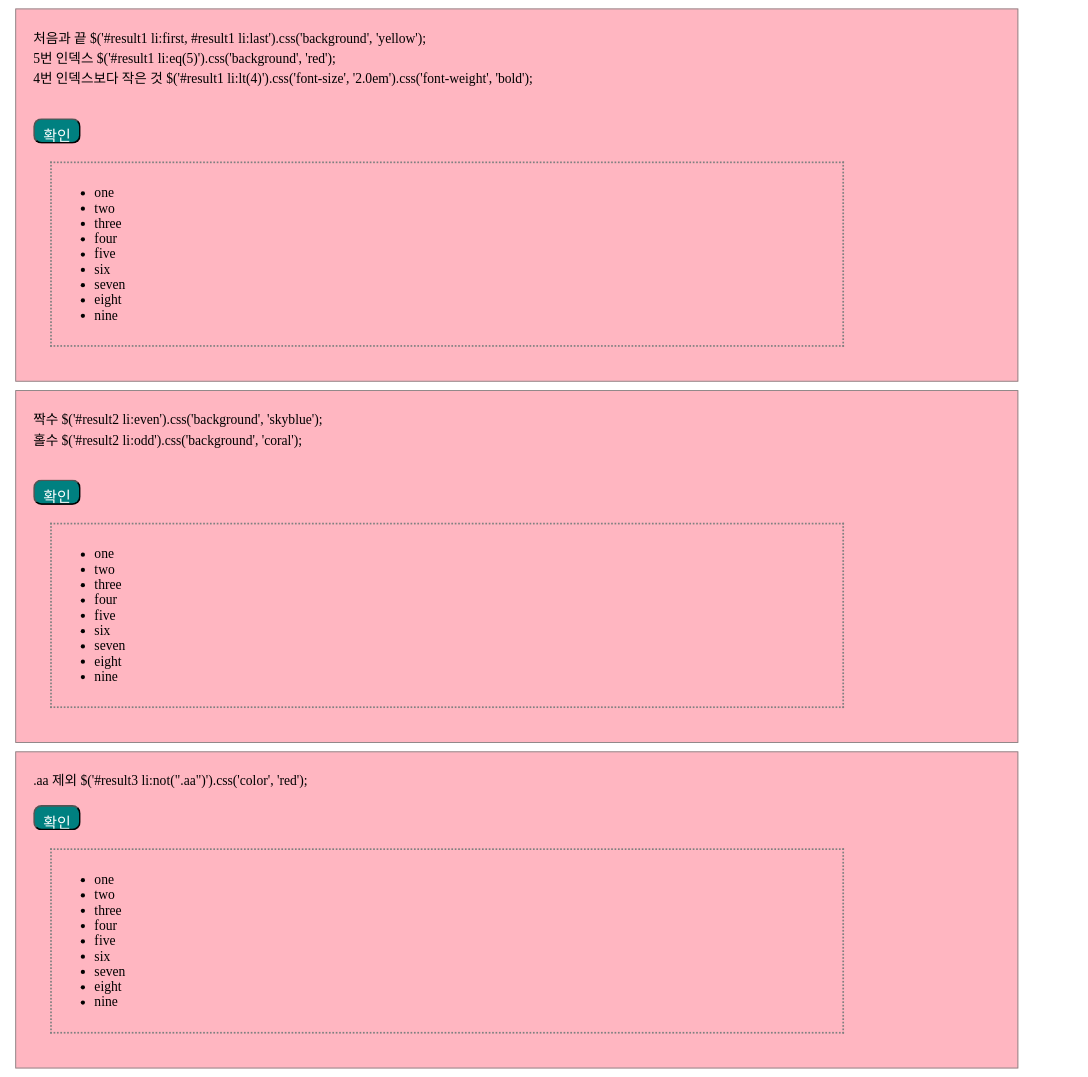
Repository: jeje0130/html
Page: jqpro/WebContent/0126/기본필터.html
These files come from the project's save history. The page is drawn as it stood at one moment and after the next save; the edit follows.
The browser window is 1280 px wide. The pictures show the whole page, at 85% of full size.

Above is the page before, as saved 2021-01-26 01:30:54.

After the next save:
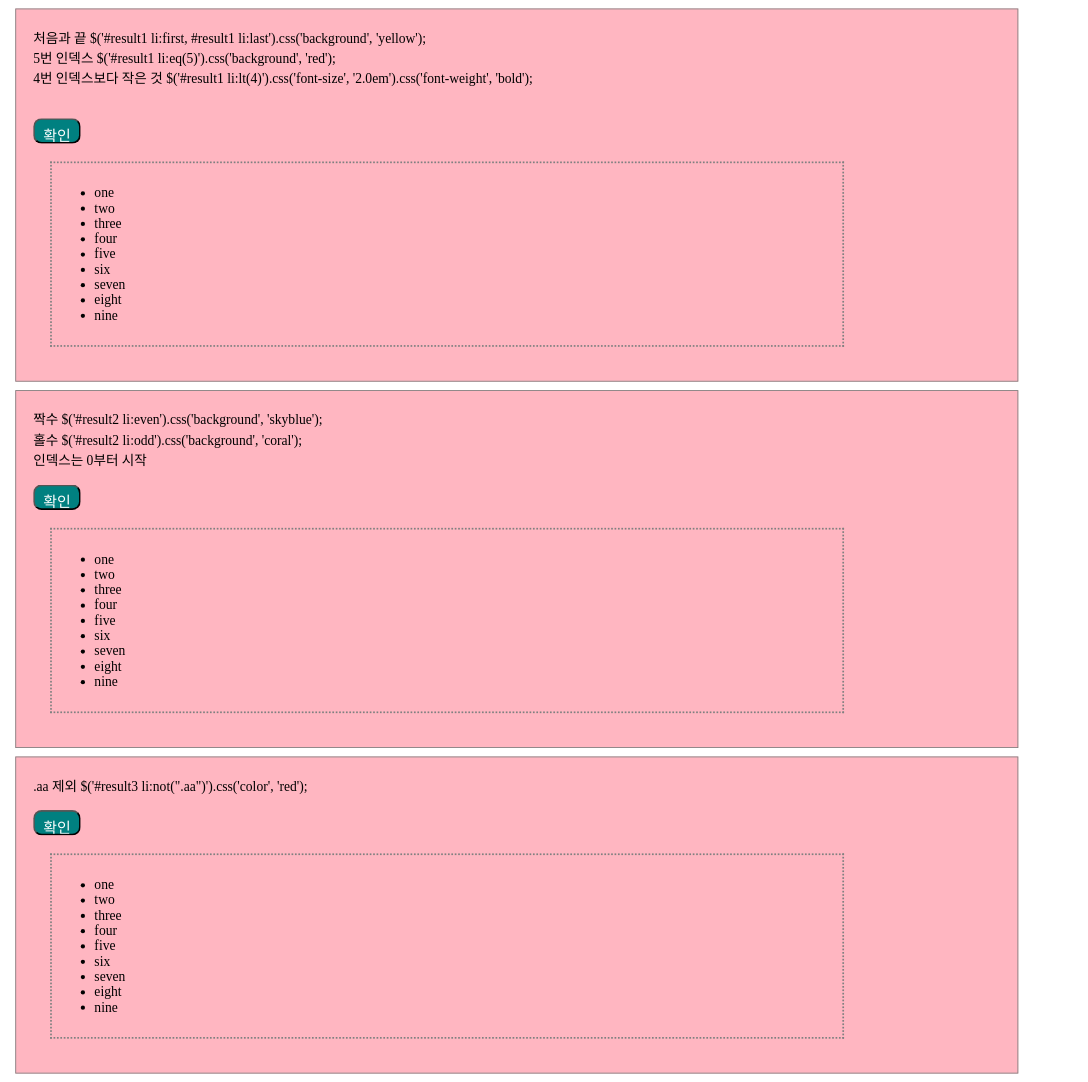
Saved 3 min 57 s later.
--- a/jqpro/WebContent/0126/기본필터.html
+++ b/jqpro/WebContent/0126/기본필터.html
@@ -38,7 +38,9 @@ $(function() {
 
 </script>
 <style>
+#tab td{
 
+}
 </style>
 </head>
 <body>
@@ -77,6 +79,8 @@ $(function() {
 	짝수 $('#result2 li:even').css('background', 'skyblue');<br>
 
 	홀수 $('#result2 li:odd').css('background', 'coral');<br>
+
+	인덱스는 0부터 시작
  <br><br>
 
 <input type="button" value="확인">
